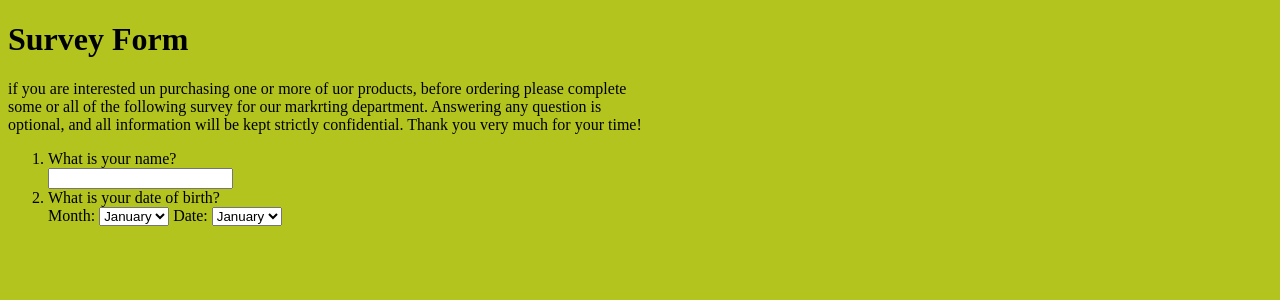
Repository: PhamChiXuan1/HTCNW_tuan3_DHCNTT16C_PhamChiXuan_20030131
Page: bt17.html
These files come from the project's save history. The page is drawn as it stood at one moment and after the next save; the edit follows.
The browser window is 1280 px wide. The pictures show the whole page.

Above is the page before, as saved 2022-02-27 22:07:53.

### bt17.html
<!DOCTYPE html>
<html lang="en">
<head>
    <meta charset="UTF-8">
    <meta http-equiv="X-UA-Compatible" content="IE=edge">
    <meta name="viewport" content="width=device-width, initial-scale=1.0">
    <title>Document</title>
</head>
<body style="background-color: rgb(179, 196, 31);">
    <H1>Survey Form</H1>
    <P>if you are interested un purchasing one or more of uor products, before ordering please complete <br>some or all of the following survey for our markrting department. Answering any question is <br>optional, and all information will be kept strictly confidential. Thank you very much for your time!</P>
    <ol type="1">
        <li>What is your name?</li>
        <form>
            <input type="text" id="fname" name="fname" value=""><br>
        </form>
        <li>What is your date of birth?</li>
        <form>
            <label for="cars">Month:</label>
            <select id="cars" name="cars">
              <option value="January">January</option>
            </select>
            <label for="cars">Date:</label>
            <select id="cars" name="cars">
                <option value="1">January</option>
              </select>
        </form>
    </ol>


</body>
</html>

After the next save:
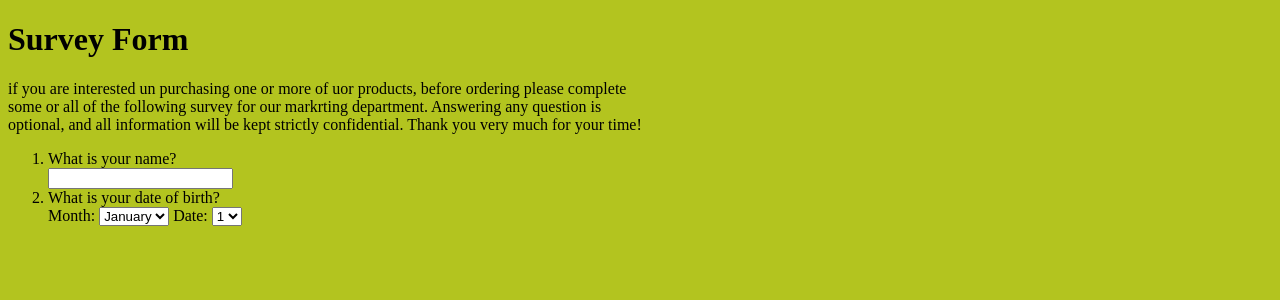
Saved 8 s later.
--- a/bt17.html
+++ b/bt17.html
@@ -22,7 +22,7 @@
             </select>
             <label for="cars">Date:</label>
             <select id="cars" name="cars">
-                <option value="1">January</option>
+                <option value="1">1</option>
               </select>
         </form>
     </ol>
